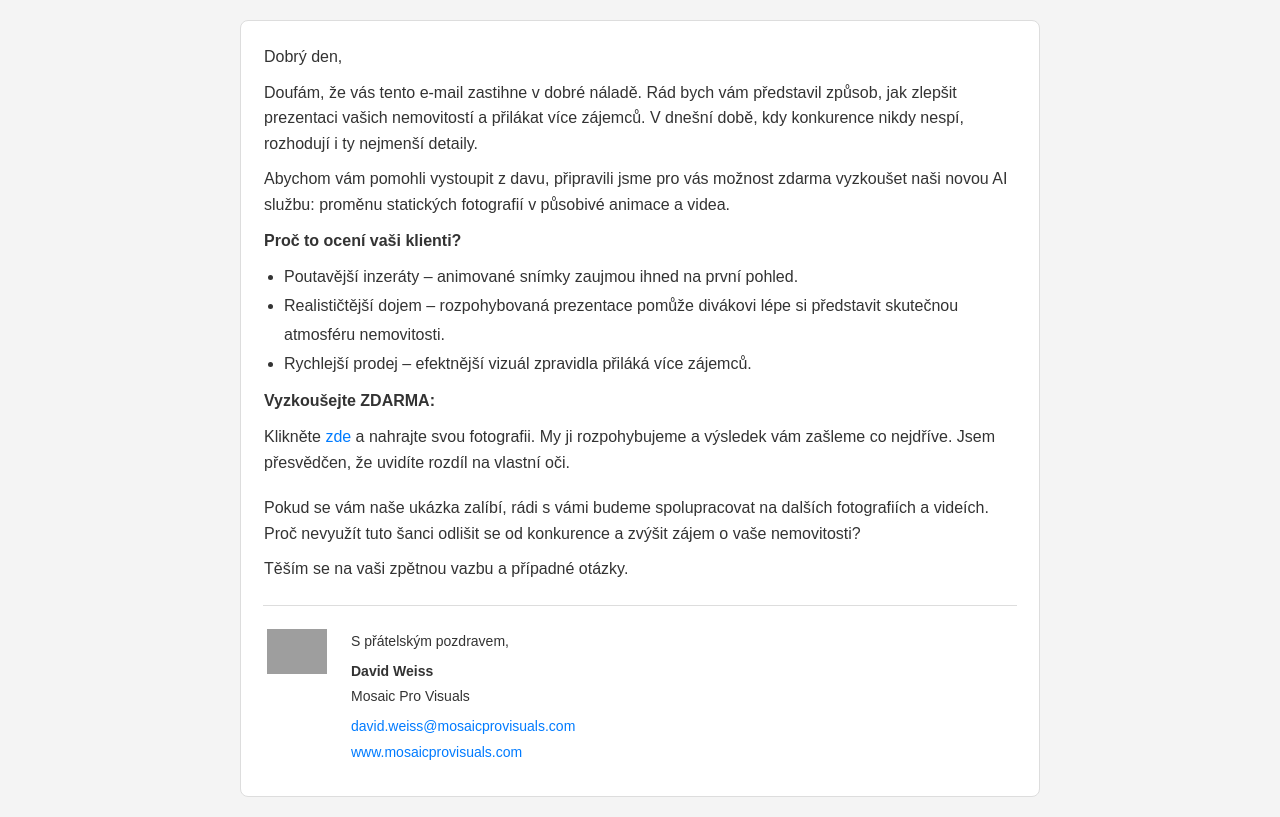
Repository: Guksan/email-bot
Page: david-template.html
These files come from the project's save history. The page is drawn as it stood at one moment and after the next save; the edit follows.
The browser window is 1280 px wide. The pictures show the whole page.
Pictures or frames that could not be fetched are drawn as grey boxes.

Above is the page before, as saved 2025-01-17 16:27:11.

After the next save:
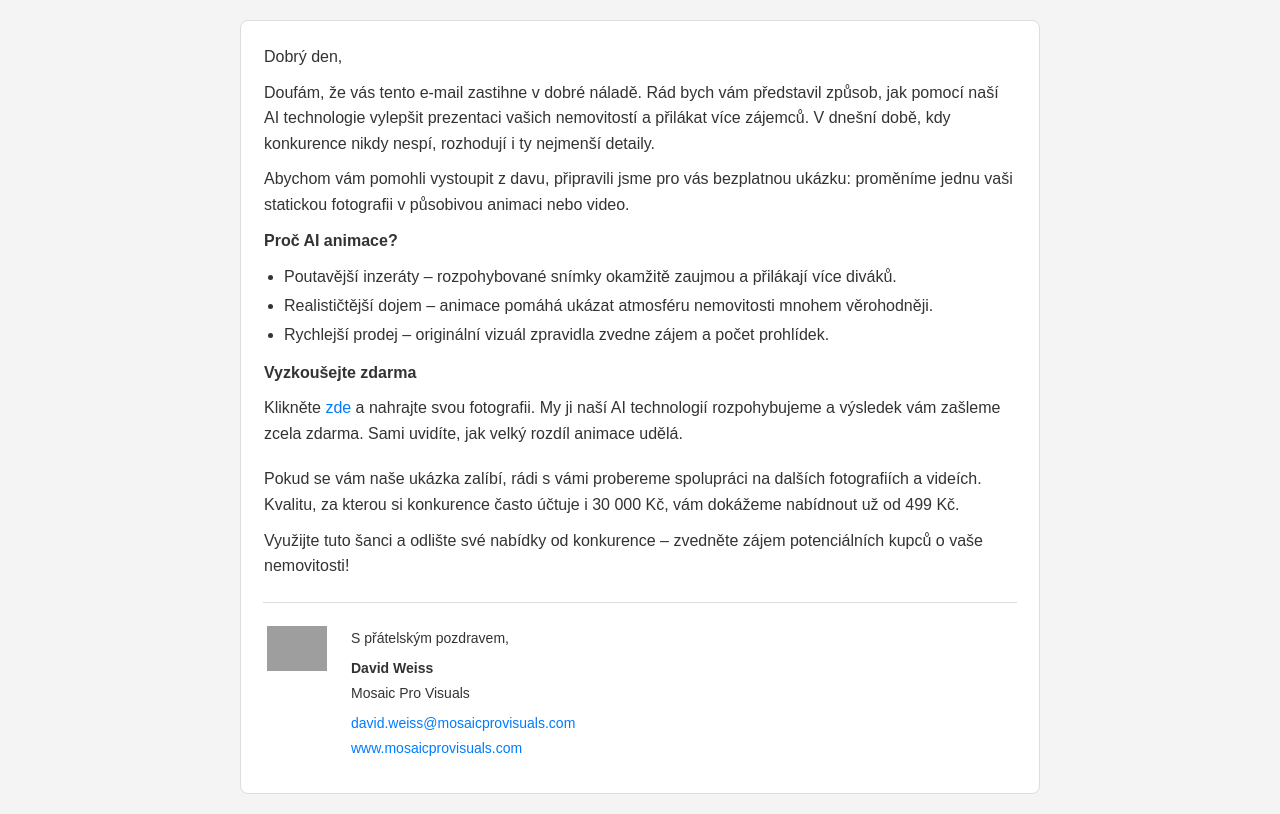
Saved 11 min 9 s later.
--- a/david-template.html
+++ b/david-template.html
@@ -11,31 +11,32 @@
             <td>
                 <p style="font-size: 16px; margin: 0 0 10px;">Dobrý den,</p>
                 <p style="font-size: 16px; margin: 0 0 10px;">
-                    Doufám, že vás tento e-mail zastihne v dobré náladě. Rád bych vám představil způsob, jak zlepšit prezentaci vašich nemovitostí a přilákat více zájemců. V dnešní době, kdy konkurence nikdy nespí, rozhodují i ty nejmenší detaily.
+                    Doufám, že vás tento e-mail zastihne v dobré náladě. Rád bych vám představil způsob, jak pomocí naší AI technologie vylepšit prezentaci vašich nemovitostí a přilákat více zájemců. V dnešní době, kdy konkurence nikdy nespí, rozhodují i ty nejmenší detaily.
                 </p>
                 <p style="font-size: 16px; margin: 0 0 10px;">
-                    Abychom vám pomohli vystoupit z davu, připravili jsme pro vás možnost zdarma vyzkoušet naši novou AI službu: proměnu statických fotografií v působivé animace a videa.
+                    Abychom vám pomohli vystoupit z davu, připravili jsme pro vás bezplatnou ukázku: proměníme jednu vaši statickou fotografii v působivou animaci nebo video.
                 </p>
                 <p style="font-size: 16px; margin: 0 0 10px;">
-                    <strong>Proč to ocení vaši klienti?</strong>
+                    <strong>Proč AI animace?</strong>
                 </p>
                 <ul style="font-size: 16px; line-height: 1.8; margin: 0 0 10px; padding-left: 20px;">
-                    <li>Poutavější inzeráty – animované snímky zaujmou ihned na první pohled.</li>
-                    <li>Realističtější dojem – rozpohybovaná prezentace pomůže divákovi lépe si představit skutečnou atmosféru nemovitosti.</li>
-                    <li>Rychlejší prodej – efektnější vizuál zpravidla přiláká více zájemců.</li>
+                    <li>Poutavější inzeráty – rozpohybované snímky okamžitě zaujmou a přilákají více diváků.</li>
+                    <li>Realističtější dojem – animace pomáhá ukázat atmosféru nemovitosti mnohem věrohodněji.</li>
+                    <li>Rychlejší prodej – originální vizuál zpravidla zvedne zájem a počet prohlídek.</li>
                 </ul>
                 <p style="font-size: 16px; margin: 0 0 10px;">
-                    <strong>Vyzkoušejte ZDARMA:</strong>
+                    <strong>Vyzkoušejte zdarma</strong>
                 </p>
                 <p style="font-size: 16px; margin: 0 0 20px;">
                     Klikněte <a href="https://mosaicprovisuals.com" style="color: #007BFF; text-decoration: none;">zde</a> a nahrajte svou fotografii.
-                    My ji rozpohybujeme a výsledek vám zašleme co nejdříve. Jsem přesvědčen, že uvidíte rozdíl na vlastní oči.
+                    My ji naší AI technologií rozpohybujeme a výsledek vám zašleme zcela zdarma.
+                    Sami uvidíte, jak velký rozdíl animace udělá.
                 </p>
                 <p style="font-size: 16px; margin: 0 0 10px;">
-                    Pokud se vám naše ukázka zalíbí, rádi s vámi budeme spolupracovat na dalších fotografiích a videích. Proč nevyužít tuto šanci odlišit se od konkurence a zvýšit zájem o vaše nemovitosti?
+                    Pokud se vám naše ukázka zalíbí, rádi s vámi probereme spolupráci na dalších fotografiích a videích. Kvalitu, za kterou si konkurence často účtuje i 30 000 Kč, vám dokážeme nabídnout už od 499 Kč.
                 </p>
                 <p style="font-size: 16px; margin: 0 0 20px;">
-                    Těším se na vaši zpětnou vazbu a případné otázky.
+                    Využijte tuto šanci a odlište své nabídky od konkurence – zvedněte zájem potenciálních kupců o vaše nemovitosti!
                 </p>
             </td>
         </tr>
